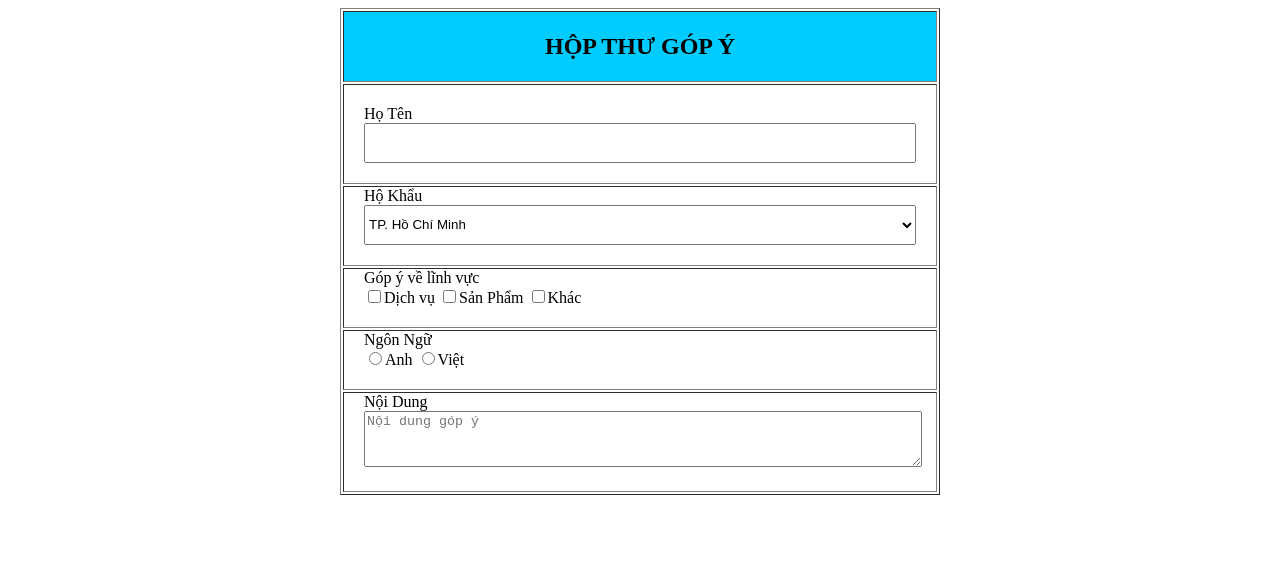
Repository: Tan-Khang21/TH_TKW--Buoi_04
Page: Bai_Tap_Ve_Nha/Bai_02/form8.html
These files come from the project's save history. The page is drawn as it stood at one moment and after the next save; the edit follows.
The browser window is 1280 px wide. The pictures show the whole page.

Above is the page before, as saved 2024-03-07 16:39:17.

After the next save:
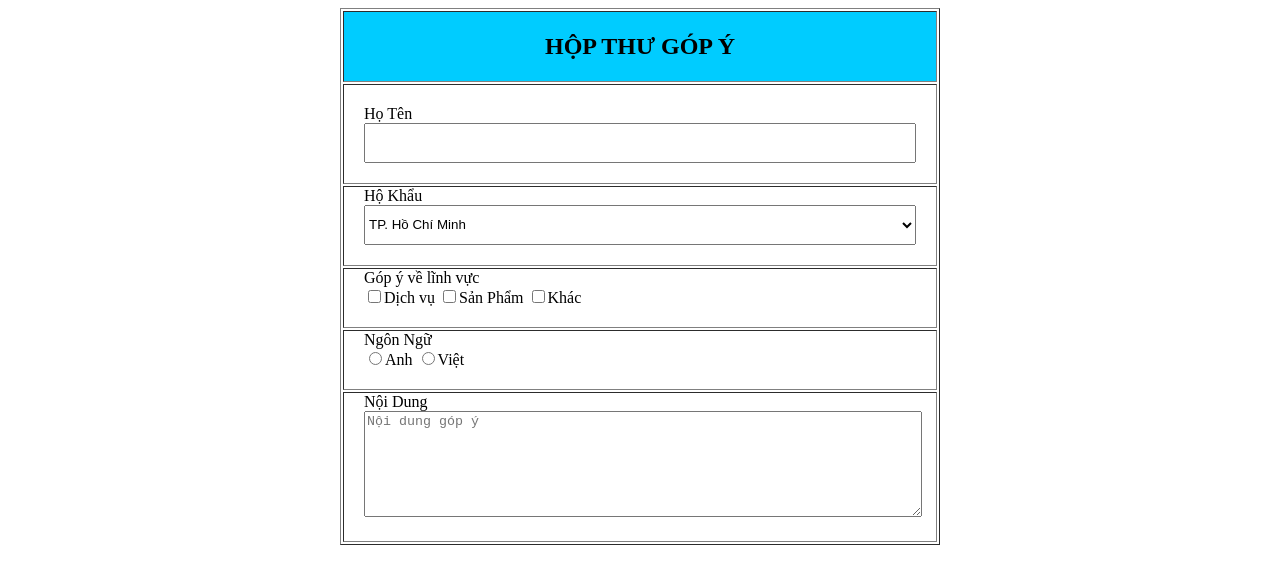
Saved 7 s later.
--- a/Bai_Tap_Ve_Nha/Bai_02/form8.html
+++ b/Bai_Tap_Ve_Nha/Bai_02/form8.html
@@ -53,7 +53,7 @@
         <td style="padding: 0px 20px 20px 20px">
           <span>Nội Dung</span>
           <br />
-         <textarea placeholder="Nội dung góp ý" style="resize: vertical; width: 100%;height: 50px;"></textarea>
+         <textarea placeholder="Nội dung góp ý" style="resize: vertical; width: 100%;height: 100px;"></textarea>
         </td>
       </tr>
 </table>
